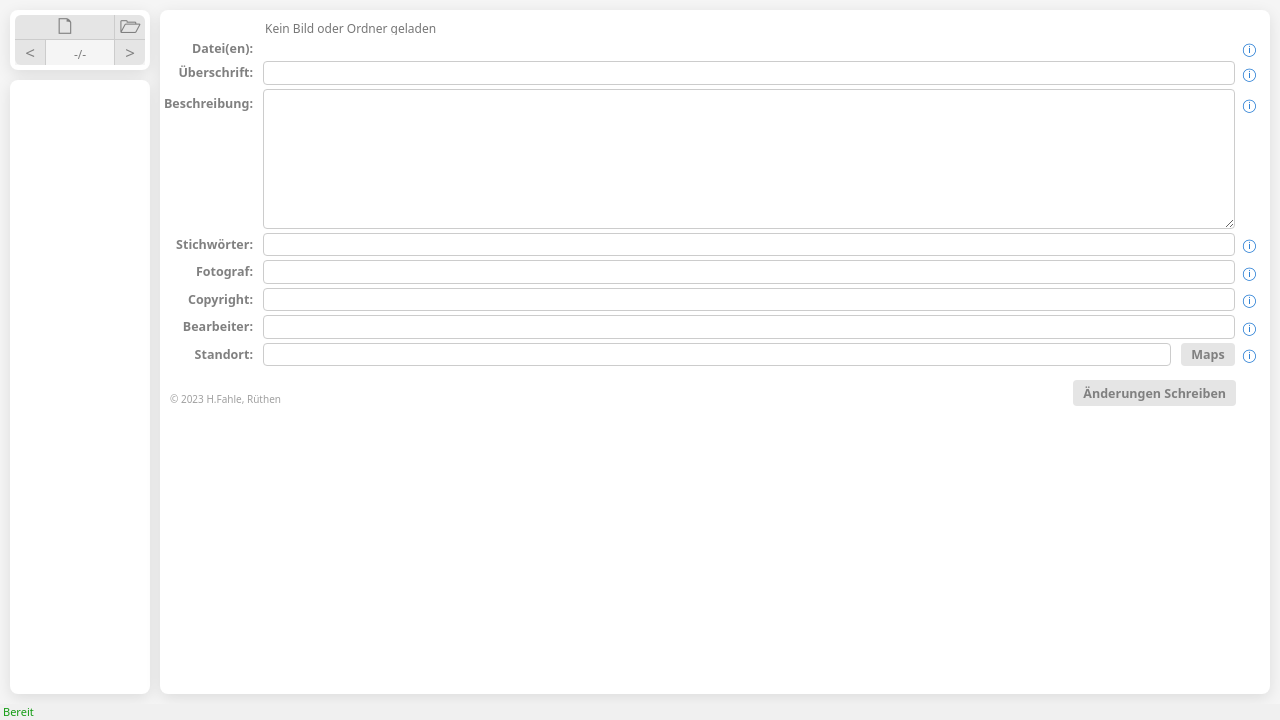
Repository: h-fahle/metadata
Page: ui/index.html
The author's editor kept a copy of each file at every save. The page is drawn from the files as they stood at one save, then again after the next save.
The browser window is 1280 px wide. The pictures show the whole page.

Above is the page before, as saved 2026-09-04 14:29:54.
Console error: TypeError: Cannot read properties of undefined (reading 'core')

After the next save:
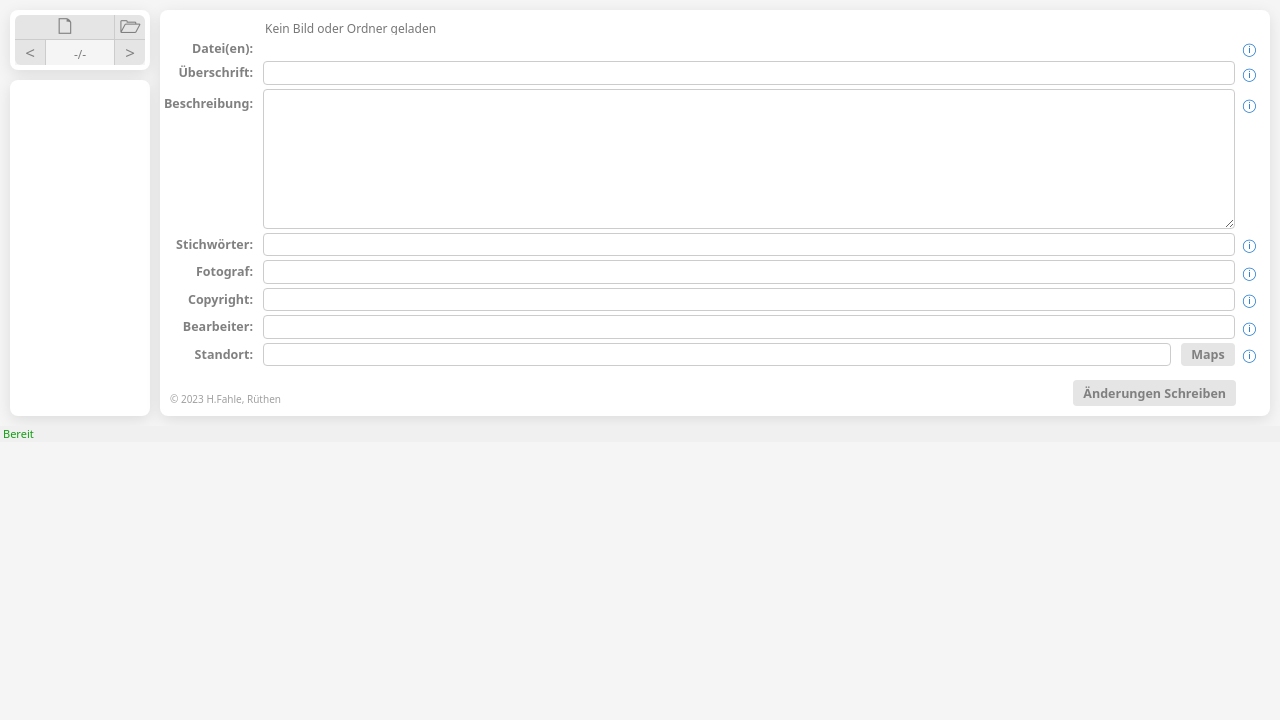
Saved 3 min 53 s later.
--- a/ui/style.css
+++ b/ui/style.css
@@ -8,8 +8,8 @@ html,
 body {
 	margin: 0;
 	padding: 0;
-	height: 100vh;
-	width: 100vw;
+	/* height: 100vh; */
+	/* width: 100vw; */
 	overflow: hidden;
 	/* Verhindert jegliche äußere Scrollbalken */
 	background: #f5f5f5;
